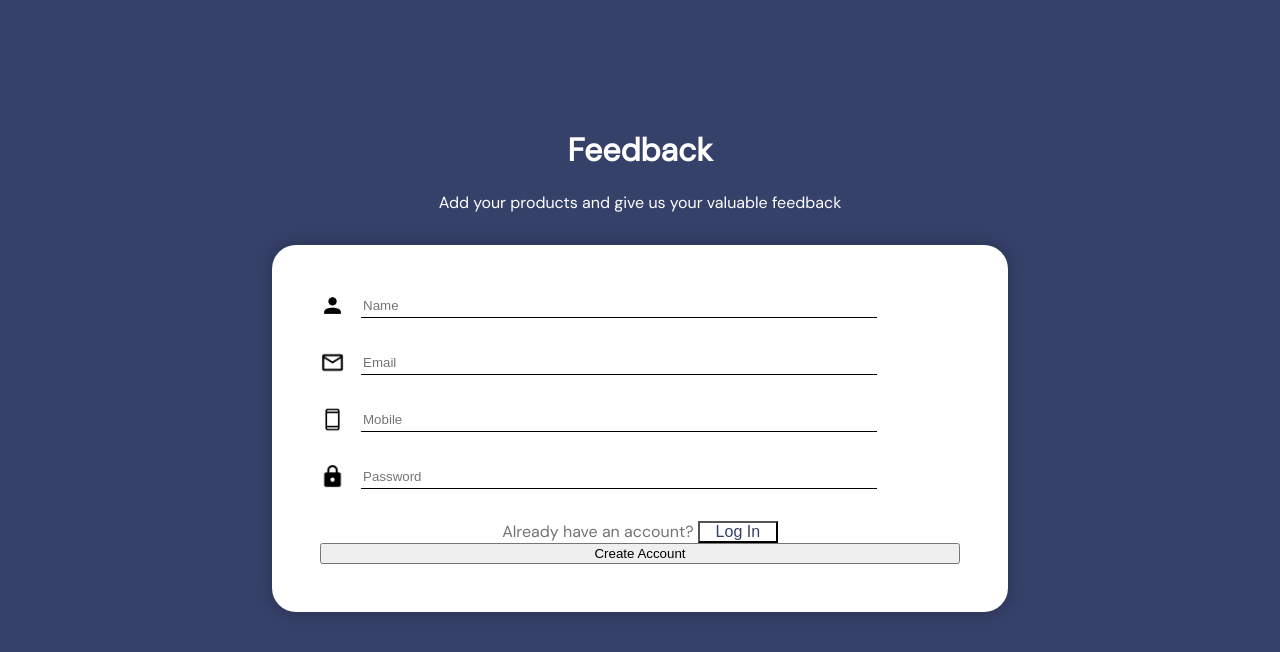
Repository: drumsmanku/final-evaluation-test
Page: /signup (app in client/)
The author's editor kept a copy of each file at every save. The page is drawn from the files as they stood at one save, then again after the next save.
The browser window is 1280 px wide. The pictures show the whole page.
The project was rebuilt for these pictures with package versions that can differ from the ones it lists, and the page was loaded fresh each time. Also part of the build but not shown: client/src/Components/MainPage.js, client/src/CSS/Login.css, client/src/Components/Login.js.

Above is the page before, as saved 2023-07-29 18:34:11.

After the next save:
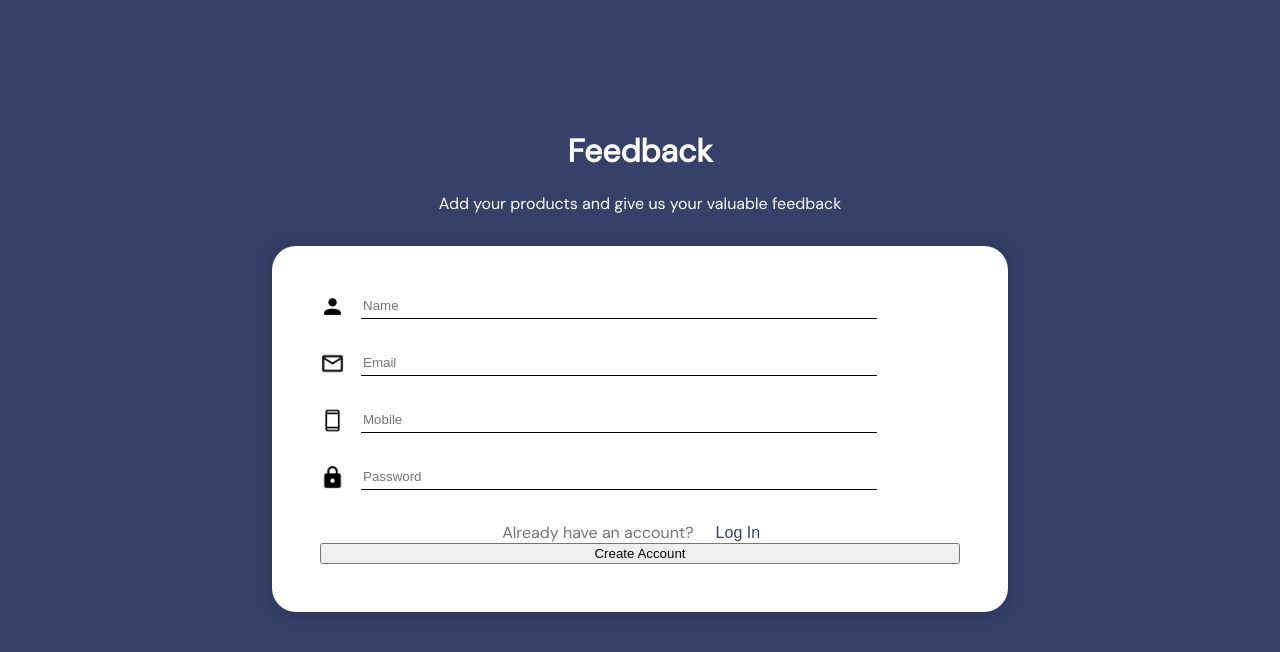
Saved 18 s later.
--- a/client/src/Components/SignUp.js
+++ b/client/src/Components/SignUp.js
@@ -65,7 +65,7 @@ function SignUp() {
           <input type="password" name="password" value={user.password} onChange={handleChange} placeholder="Password" />
         </div>
 
-        <span style={{color:'#737373'}}>Already have an account? <button style={{background:'none', color:'#36416A', fontSize:'medium', marginLeft:0, padding:0, width:'5rem', cursor:'pointer'}} onClick={()=>{navigate('/login')}}>Log In</button></span>
+        <span style={{color:'#737373'}}>Already have an account? <button style={{background:'none', color:'#36416A', fontSize:'medium', marginLeft:0, padding:0, width:'5rem', cursor:'pointer', border:'none'}} onClick={()=>{navigate('/login')}}>Log In</button></span>
 
 
 
